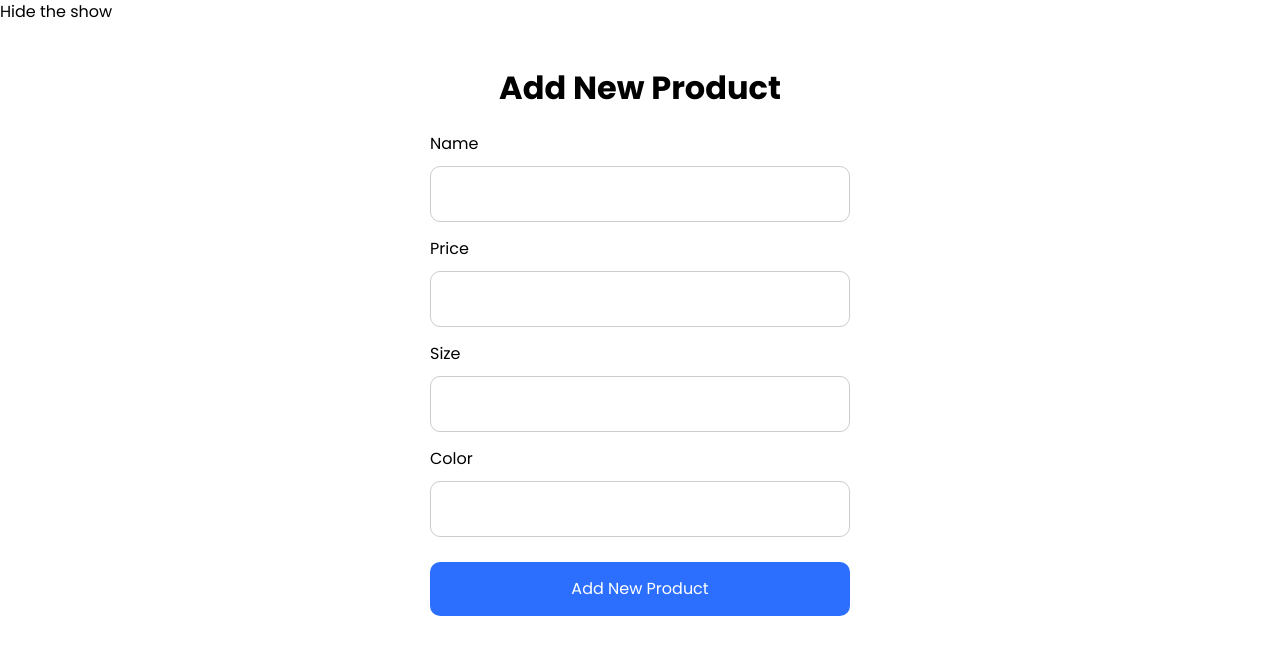
Repository: hoang0508/ReactJsHoiDanIT
Page: /form
The author's editor kept a copy of each file at every save. The page is drawn from the files as they stood at one save, then again after the next save.
The browser window is 1280 px wide. The pictures show the whole page.
The project was rebuilt for these pictures with package versions that can differ from the ones it lists, and the page was loaded fresh each time.

Above is the page before, as saved 2022-02-15 20:20:31.

After the next save:
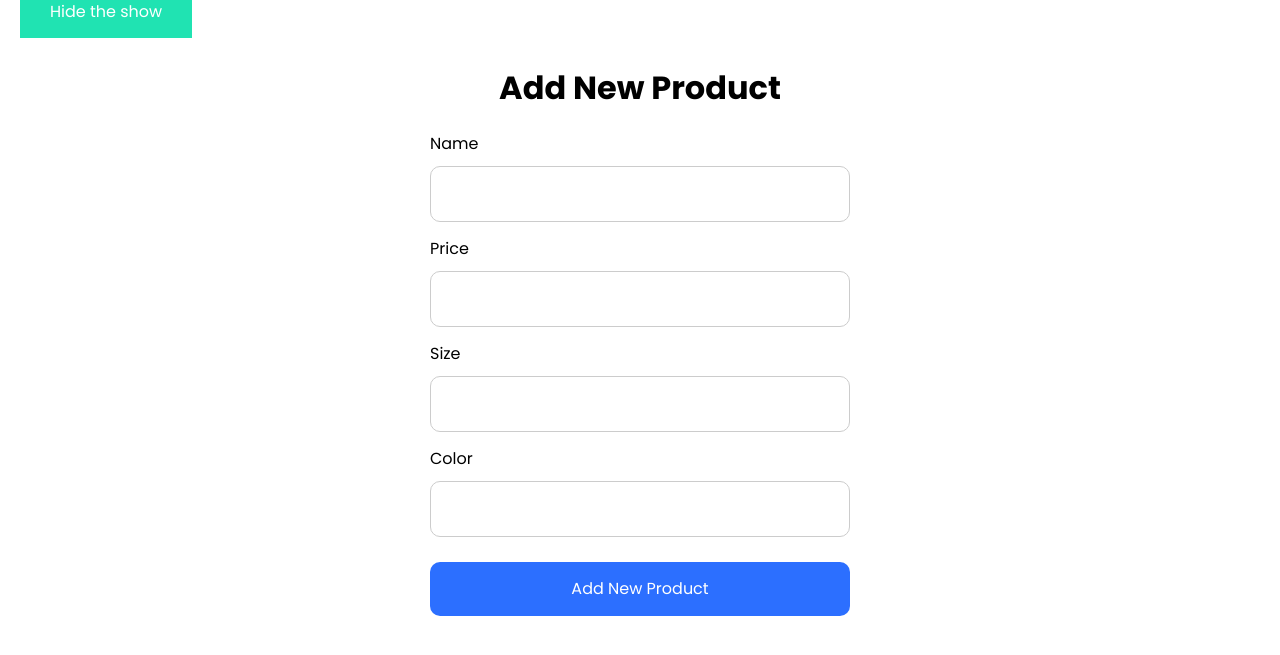
Saved 52 s later.
--- a/src/components/Form/AddNewProduct.scss
+++ b/src/components/Form/AddNewProduct.scss
@@ -30,4 +30,10 @@
     cursor: pointer;
     margin-top: 10px;
   }
+  &-show {
+    margin: 20px;
+    background-color: #20e3b2;
+    color: #fff;
+    padding: 15px 30px;
+  }
 }
